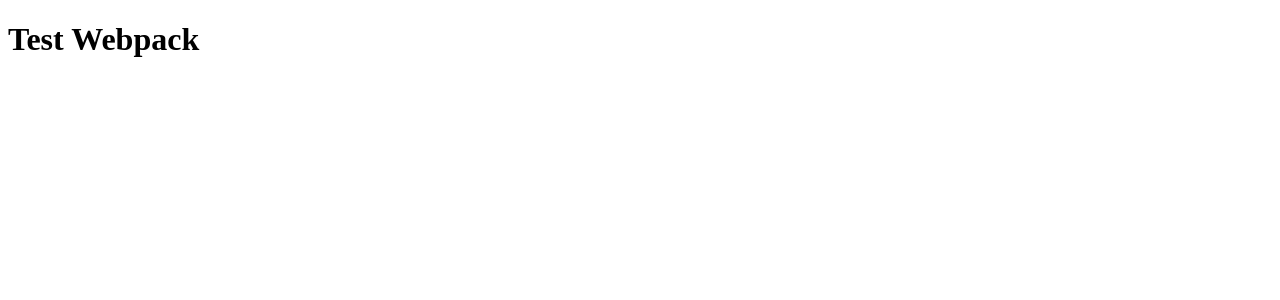
Repository: Symfomany/ng2angu
Page: / (app in es6/)
An editor plug-in stored every save of this project. The page is shown before and after the next save, followed by the edit.
The browser window is 1280 px wide. The pictures show the whole page.
The project was rebuilt for these pictures with package versions that can differ from the ones it lists, and the page was loaded fresh each time. Also part of the build but not shown: es6/webpack.config.js.

Above is the page before, as saved 2016-12-28 14:20:46.

### es6/src/index.html
<!DOCTYPE html>
<html lang="en">

<head>
    <title></title>
    <meta charset="UTF-8">
    <meta name="viewport" content="width=device-width, initial-scale=1">
</head>

<body>
    <h1>Test Webpack</h1>

    <script src="https://cdn.polyfill.io/v2/polyfill.min.js"></script>

</body>

</html>

### es6/src/bootstrap.js
import { alpha } from "./js/one";
import * as airbnb from "./js/airbnb";
import { tab } from "./js/three";

message(alpha);
message(tab);

function message(mess) {
    console.warn(mess);
}

### es6/src/js/one.js
export const alpha = 789;

### es6/src/js/airbnb.js
/**
 * Primitives
 */
// const foo = 1;
// let bar = foo;
// bar = 9;

// console.log(foo, bar); // => 1, 9

/**
 * Complex
 */
// const foo = [1, 2];
// const bar = foo;
// bar[0] = 9;
// console.log(foo[0], bar[0]); // => 9, 9

// bad
// var a = 1;
// var b = 2;
// good
// const a = 1;
// const b = 2;

// bad
// const item = new Object();
// // good
// const item = {};

// good, use the let.
// let count = 1;
// if (true) {
//   count += 1;
// }

// bad
// const items = new Array();
// // good
// const items = [];

// const someStack = [];
// // bad
// someStack[someStack.length] = 'abracadabra';
// // good
// someStack.push('abracadabra');


// bad
// const len = items.length;
// const itemsCopy = [];
// let i;
// for (i = 0; i < len; i++) {
//   itemsCopy[i] = items[i];
// }
// good: seprad operator
// const itemsCopy = [...items];

// use Array.from.:  object to an array
// const foo = document.querySelectorAll('.foo');
// const nodes = Array.from(foo);

/**
 * Callback function
 */
// good
// [1, 2, 3].map((x) => {
//   const y = x + 1;
//   return x * y;
// });
// // good
// [1, 2, 3].map(x => x + 1);
// // good
// const flat = {};
// [[0, 1], [2, 3], [4, 5]].reduce((memo, item, index) => {
//   const flatten = memo.concat(item);
//   flat[index] = flatten;
//   return flatten;
// });
// // good
// inbox.filter((msg) => {
//   const { subject, author } = msg;
//   if (subject === 'Mockingbird') {
//     return author === 'Harper Lee';
//   }

//   return false;
// });


// use Destructuring

// function getFullName(user) {
//   const { firstName, lastName } = user;
//   return `${firstName} ${lastName}`;
// }
// best
// function getFullName({ firstName, lastName }) {
//   return `${firstName} ${lastName}`;
// }


// good
// const [first, second] = arr;

// good
// function processInput(input) {
//   // then a miracle occurs
//   return { left, right, top, bottom };
// }
// the caller selects only the data they need
// const { left, top } = processInput(input);

// bad
// const name = "Capt. Janeway";
// good
// const name = 'Capt. Janeway';

// good
// const errorMessage = 'This is a super long error that was thrown because ' +
//   'of Batman. When you stop to think about how Batman had anything to do ' +
//   'with this, you would get nowhere fast.';

// template syntax
// good
// function sayHi(name) {
//   return `How are you, ${name}?`;
// }

// bad
// const foo = function () {
// };
// good: no stock in variable
// function foo() {
// }

/**
 Never declare a function in a non-function block (if, while, etc). Assign the function to a variable instead. Browsers will allow you to do it, but they all interpret it differently, which is bad news bears.
 */
// IIFE
// (function () {
//   console.log('Welcome to the Internet. Please follow me.');
// }())


// Rest parameters
// bad
// function concatenateAll() {
//   const args = Array.prototype.slice.call(arguments);
//   return args.join('');
// }

// good
// function concatenateAll(...args) {
//   return args.join('');
// }


// good: use parameters value default
// function handleThings(opts = {}) {
// }


// good:  Always put default parameters last.
// function handleThings(name, opts = {}) {
//     // ...
// }
// good
// [1, 2, 3].map(number => `A string containing the ${number}.`);

//  Always use class. Avoid manipulating prototype directly.

// good
// class Queue {
//   constructor(contents = []) {
//     this.queue = [...contents];
//   }
//   pop() {
//     const value = this.queue[0];
//     this.queue.splice(0, 1);
//     return value;
//   }
// }

// good: chaining
// class Jedi {
//   jump() {
//     this.jumping = true;
//     return this;
//   }

//   setHeight(height) {
//     this.height = height;
//     return this;
//   }
// }

// const luke = new Jedi();

// luke.jump()
//   .setHeight(20);

// toString()
// class Jedi {
//     constructor(options = {}) {
//         this.name = options.name || 'no name';
//     }

//     getName() {
//         return this.name;
//     }

//     toString() {
//         return `Jedi - ${this.getName()}`;
//     }
// }

// class Rey extends Jedi {
//   constructor(...args) {
//     super(...args);
//     this.name = 'Rey';
//   }
// }


// const numbers = [1, 2, 3, 4, 5];
// // good
// let sum = 0;
// numbers.forEach(num => sum += num);
// sum === 15;


// // best
// const sum = numbers.reduce((total, num) => total + num, 0);
// sum === 15;


// Hoisting

// function example() {
//     console.log(notDefined); // => throws a ReferenceError
// }

// example(); //error
// creating a variable declaration after you
// reference the variable will work due to
// variable hoisting. Note: the assignment
// value of `true` is not hoisted.
// function example() {
//     console.log(declaredButNotAssigned); // => undefined
//     var declaredButNotAssigned = true;
// }


// the interpreter is hoisting the variable
// declaration to the top of the scope,
// which means our example could be rewritten as:
// function example() {
//     let declaredButNotAssigned;
//     console.log(declaredButNotAssigned); // => undefined
//     declaredButNotAssigned = true;
// }
// function example() {
//     console.log(declaredButNotAssigned); // => throws a ReferenceError
//     console.log(typeof declaredButNotAssigned); // => throws a ReferenceError
//     const declaredButNotAssigned = true;
// }
// function example() {
//     console.log(anonymous); // => undefined

//     anonymous(); // => TypeError anonymous is not a function

//     var anonymous = function() {
//         console.log('anonymous function expression');
//     };
// }
// function example() {
//     console.log(named); // => undefined

//     named(); // => TypeError named is not a function

//     superPower(); // => ReferenceError superPower is not defined

//     var named = function superPower() {
//         console.log('Flying');
//     };
// }

// example();

### es6/src/js/three.js
import { chunk } from 'lodash'; // library external
export const tab = chunk(['a', 'b', 'c', 'd'], 2);

After the next save:
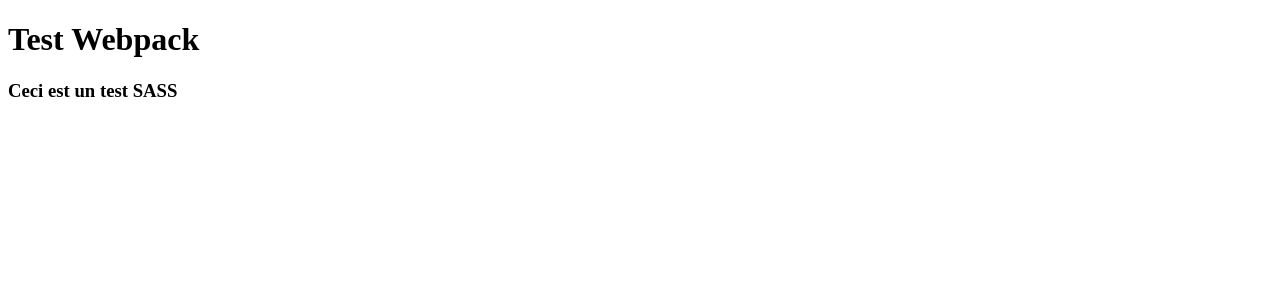
Saved 37 s later.
--- a/es6/src/index.html
+++ b/es6/src/index.html
@@ -9,6 +9,7 @@
 
 <body>
     <h1>Test Webpack</h1>
+    <h3>Ceci est un test SASS</h3>
 
     <script src="https://cdn.polyfill.io/v2/polyfill.min.js"></script>
 
